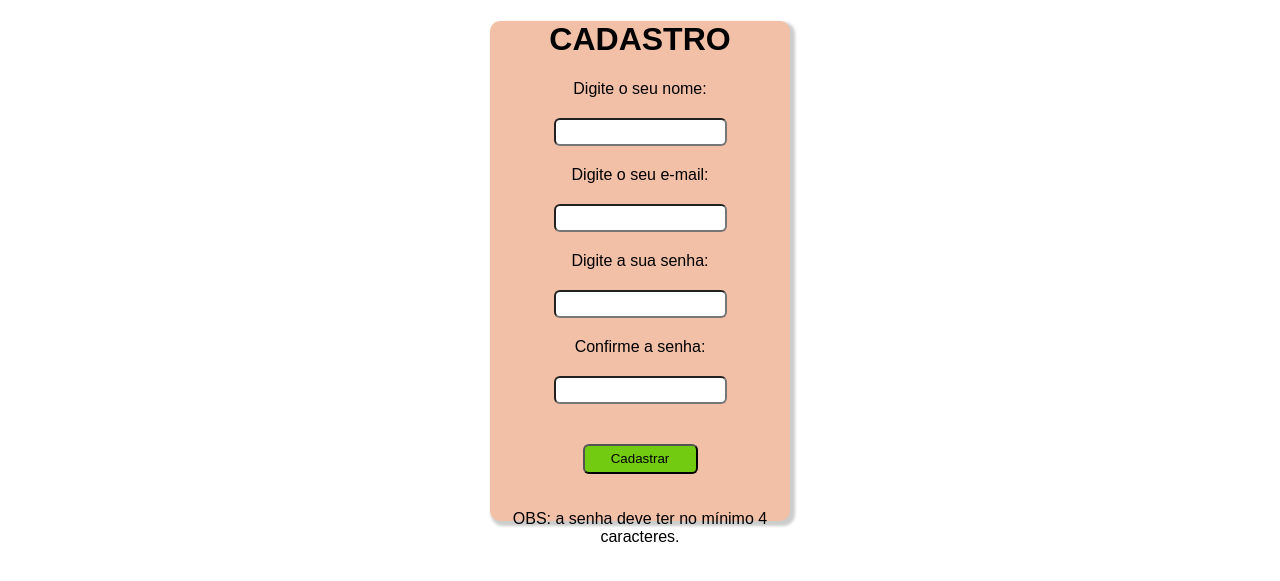
Repository: leviviana21/Java-web-login
Page: http://localhost/conexao_bd/dashboard.jsp
The author's editor kept a copy of each file at every save. The page is drawn from the files as they stood at one save, then again after the next save.
The browser window is 1280 px wide. The pictures show the whole page.
The page is served by Tomcat 10. Other server files are loaded and not shown.

Above is the page before, as saved 2025-06-23 18:11:50.

### conexao_bd/src/main/webapp/dashboard.jsp
<%@ page language="java" contentType="text/html; charset=UTF-8"
    pageEncoding="UTF-8"%>
<!DOCTYPE html>
<html>
<head>
<meta charset="UTF-8">
<title>Insert title here</title>
<link rel="stylesheet" href="style.css">
</head>
<body>

<div class="container">
	<form action="cadastro" method="post">
        <h1>CADASTRO</h1>
        <label>Digite o seu nome: </label>
        <input type="text" name="txtNome" class="emailsenha" >
        <br>
        <label>Digite o seu e-mail: </label>
        <input type="email" name="txtEmail" class="emailsenha" >
        <br>
        <label>Digite a sua senha: </label>
        <input type="password" name="txtSenha" class="emailsenha" >
        <br>
        <label>Confirme a senha: </label>
        <input type="password" name="confirmar_Senha" class="emailsenha" >
        <br>
        <input type="submit" value="Cadastrar" name="cadastro" class="botao-login">
        <p>OBS: a senha deve ter no mínimo 4 caracteres.</p>
        <%
			if(request.getAttribute("error") != null){
		%>
		<p class="aviso-erro"><% out.print(request.getAttribute("msg").toString()); %></p>
		<%
			}
		%>
    </form>
</div>
</body>
</html>

### conexao_bd/src/main/webapp/style.css
@charset "UTF-8";

form {
	text-align: center;
	font-family: arial;
}
.emailsenha {
	margin: 20px;
    border-radius: 6px;
    width: 165px;
    height: 22px;
}
.container {
	text-align: center;
	background-color: #F2BFA7;
	border-radius: 10px;
	height: 500px;
	margin: auto;
	width: 300px;
	box-shadow: 3px 3px 3px 2px rgba(0.2, 0.2, 0.2, 0.2);
}

.botao-login {
	border-radius: 6px;
    width: 115px;
    height: 30px;
    margin: 20px;
    background-color: #72cb10;
}
.Mensagem-Sucesso {
	text-align: center;
	font-family: arial;
}
.aviso-erro {
	color: red;
	font-weight: bold;
}

After the next save:
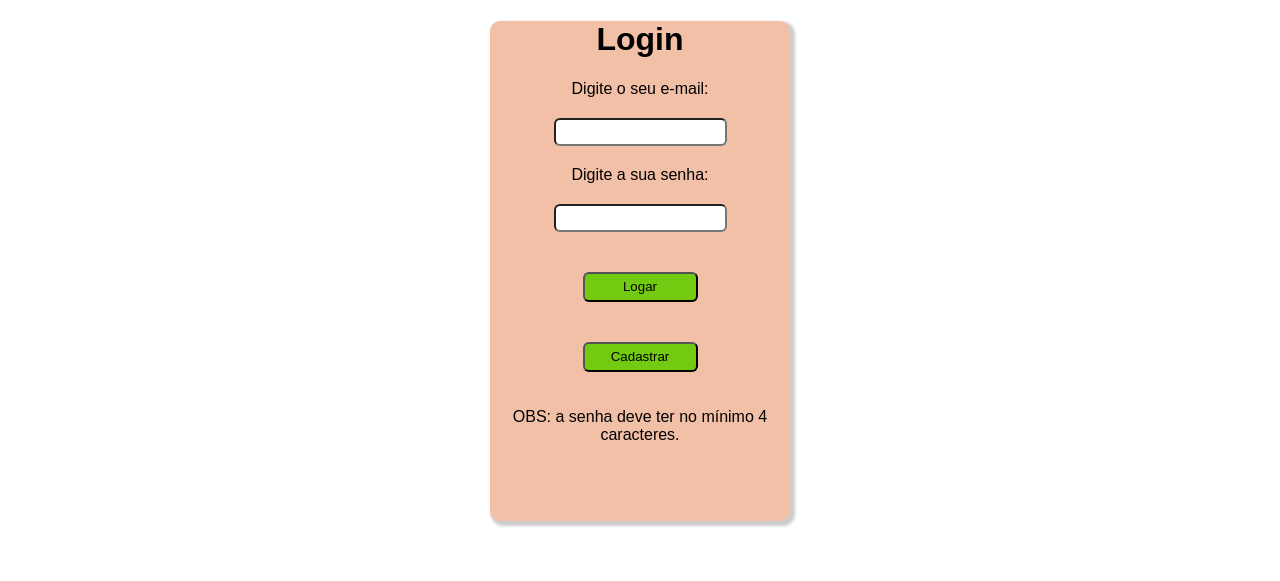
Saved 16 s later.
--- a/conexao_bd/src/main/webapp/dashboard.jsp
+++ b/conexao_bd/src/main/webapp/dashboard.jsp
@@ -11,21 +11,17 @@
 
 <div class="container">
 	<form action="cadastro" method="post">
-        <h1>CADASTRO</h1>
-        <label>Digite o seu nome: </label>
-        <input type="text" name="txtNome" class="emailsenha" >
-        <br>
+        <h1>Login</h1>
         <label>Digite o seu e-mail: </label>
         <input type="email" name="txtEmail" class="emailsenha" >
         <br>
         <label>Digite a sua senha: </label>
         <input type="password" name="txtSenha" class="emailsenha" >
         <br>
-        <label>Confirme a senha: </label>
-        <input type="password" name="confirmar_Senha" class="emailsenha" >
-        <br>
-        <input type="submit" value="Cadastrar" name="cadastro" class="botao-login">
+        <input type="submit" value="Logar" name="botao" class="botao-login">
+        <input type="submit" value="Cadastrar" name="botao" class="botao-login">
         <p>OBS: a senha deve ter no mínimo 4 caracteres.</p>
+
         <%
 			if(request.getAttribute("error") != null){
 		%>
